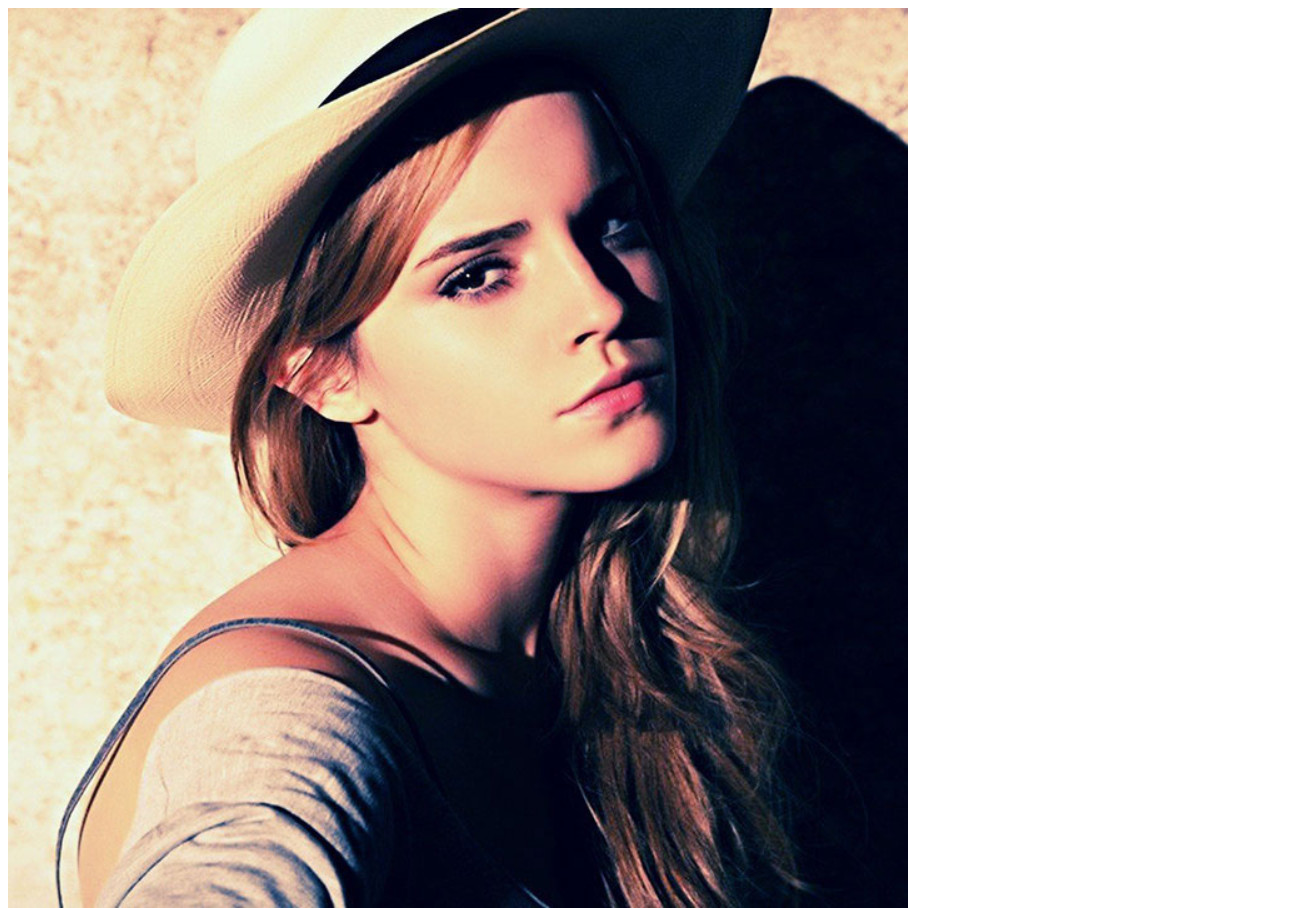
Repository: pursuit-YHP/project_dashijian
Page: index.html
These files come from the project's save history. The page is drawn as it stood at one moment and after the next save; the edit follows.
The browser window is 1280 px wide. The page is 1280 px wide, then 1293 px, so the pictures cover 1293 px, including what lies to the right of the window. The pictures show the whole page.

Above is the page before, as saved 2022-03-13 19:36:07.

After the next save:
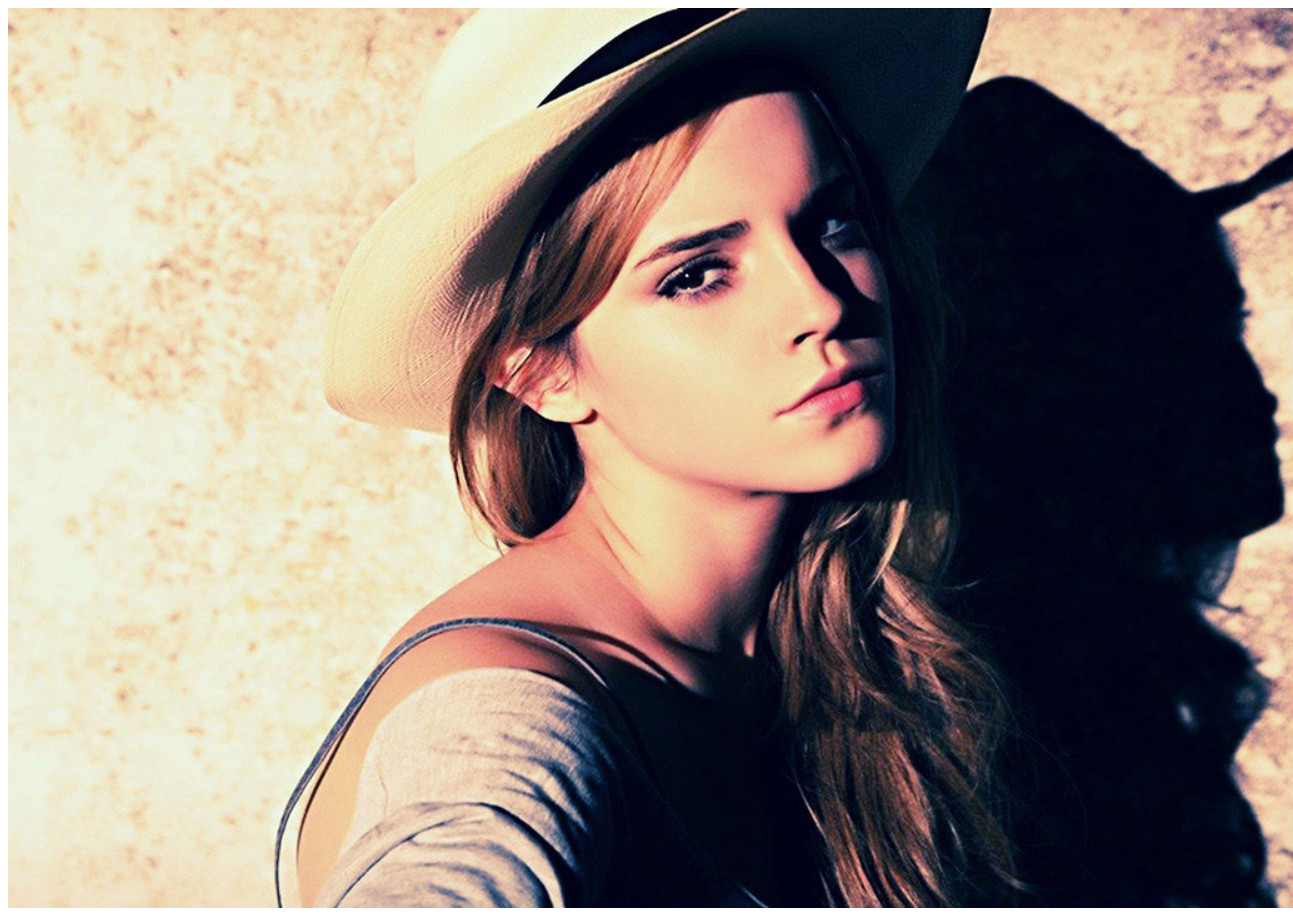
Saved 5 s later.
--- a/index.html
+++ b/index.html
@@ -14,7 +14,7 @@
         <div class="container-fluid">
             <div class="navbar-header">
                 <a class="navbar-brand" href="#">
-                    <img alt="Brand" src="./assets/images/sample.jpg">
+                    <img alt="Brand" src="./assets/images/sample2.jpg">
                 </a>
             </div>
         </div>
